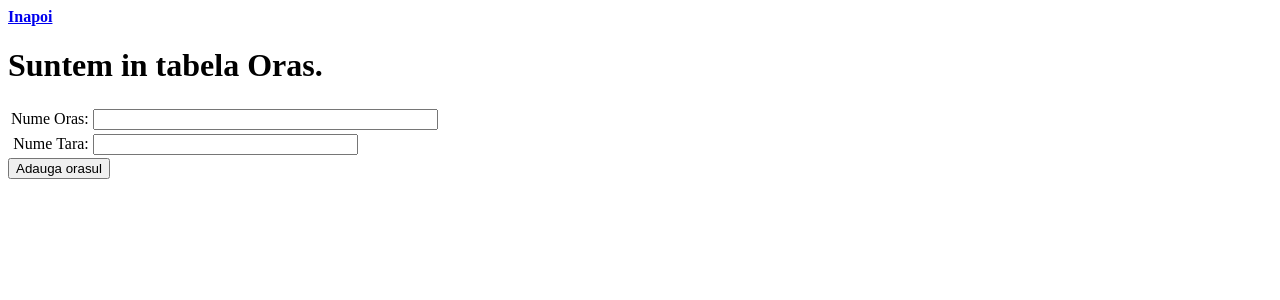
Repository: SusStefan/ActorDB
Page: http://localhost/Actori/adauga_actor.jsp
These files come from the project's save history. The page is drawn as it stood at one moment and after a run of saves; the edit follows.
The browser window is 1280 px wide. The pictures show the whole page.
The page is served by Tomcat 9.

Above is the page before, as saved 2025-12-10 04:53:40.

After the next 3 saves:
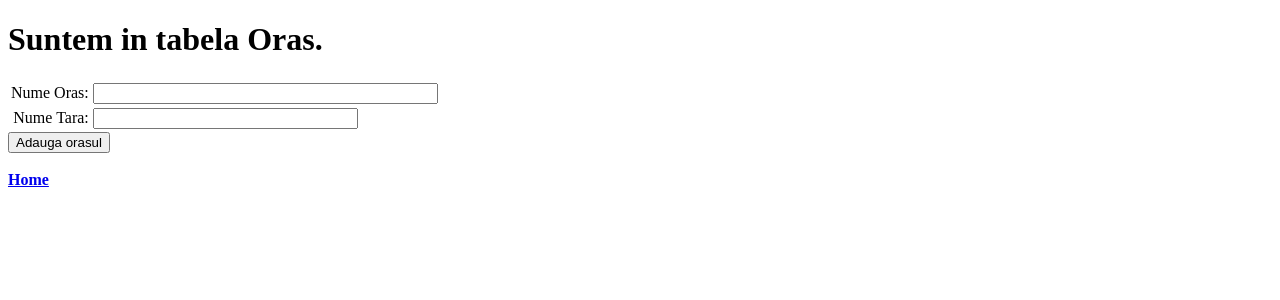
The 3 saves are shown as one change because 2 did not build or start.
The last was saved 69 s later.
--- a/Actori/src/main/webapp/adauga_actor.jsp
+++ b/Actori/src/main/webapp/adauga_actor.jsp
@@ -9,7 +9,6 @@
  <jsp:useBean id="jb" scope="session" class="db.JavaBean" />
  <jsp:setProperty name="jb" property="*" />
  <body>
-  <a href="index.html"><b>Inapoi</b></a>
  <%
  String Nume = request.getParameter("nume");
  String Tara = request.getParameter("tara");
@@ -39,7 +38,7 @@
  }
  %>
  <br/>
-
+ <a href="index.html"><b>Home</b></a>
  <br/>
  </body>
 </html>
